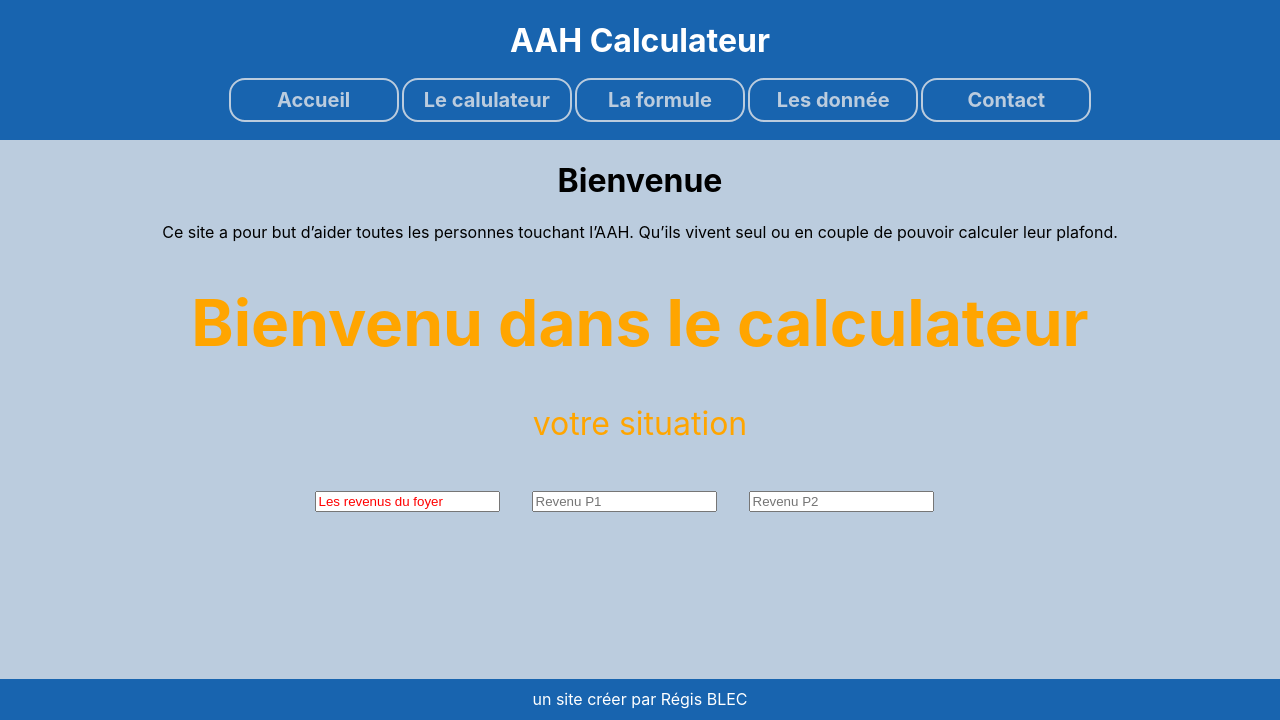
Repository: Cide74/calculateur-aah
Page: /
These files come from the project's save history. The page is drawn as it stood at one moment and after a run of saves; the edit follows.
The browser window is 1280 px wide. The pictures show the whole page.
The project was rebuilt for these pictures with package versions that can differ from the ones it lists, and the page was loaded fresh each time.

Above is the page before, as saved 2021-04-05 17:25:40.

After the next 3 saves:
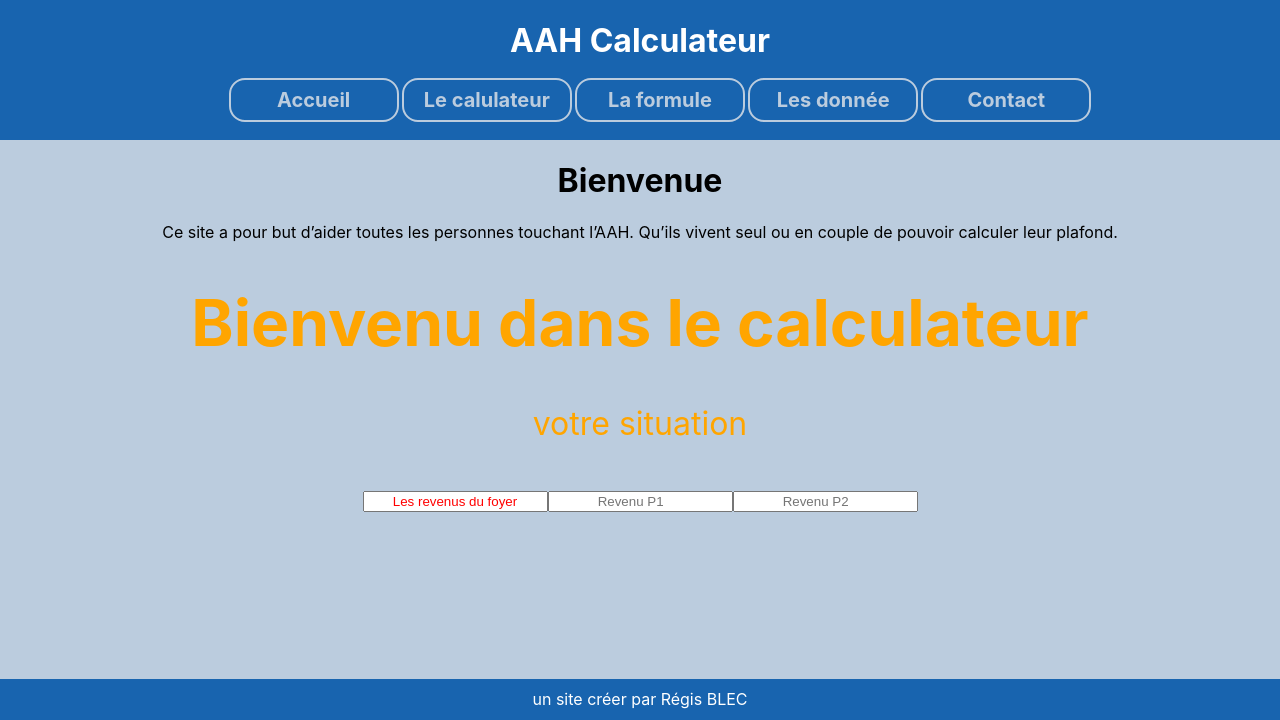
The 3 saves are shown as one change because they came seconds apart.
The last was saved 8 s later.
--- a/src/components/Calculator/Calculator.scss
+++ b/src/components/Calculator/Calculator.scss
@@ -4,7 +4,7 @@
 
     .field-input-revenu {
         color:red;
-        margin-right: 2rem;
+        text-align: center;
 
     }
 }
